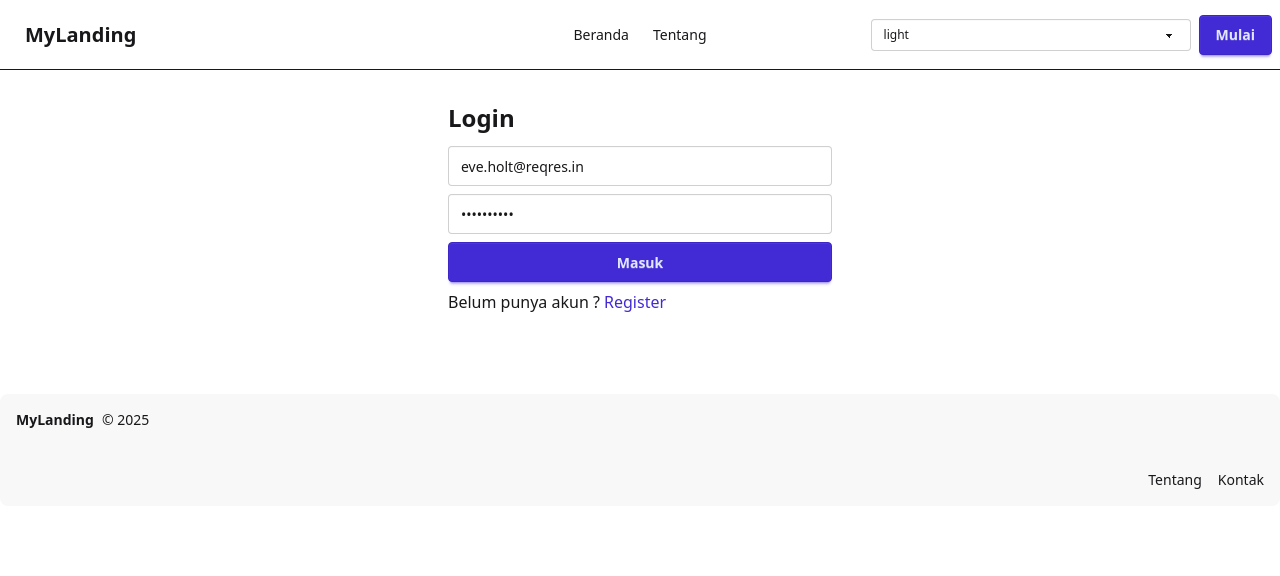
Repository: khulqu15/reactjs-learn
Page: /login (app in day3/)
The author's editor kept a copy of each file at every save. The page is drawn from the files as they stood at one save, then again after the next save.
The browser window is 1280 px wide. The pictures show the whole page.
The project was rebuilt for these pictures with package versions that can differ from the ones it lists, and the page was loaded fresh each time. Also part of the build but not shown: day3/vite.config.js, day3/src/components/Hero.jsx, day3/src/pages/Home.jsx, day3/src/pages/About.jsx, day3/src/routes/ProtectedRoute.jsx, day3/src/pages/Register.jsx, day3/src/pages/Weather.jsx.

Above is the page before, as saved 2025-09-25 00:19:38.

After the next save:
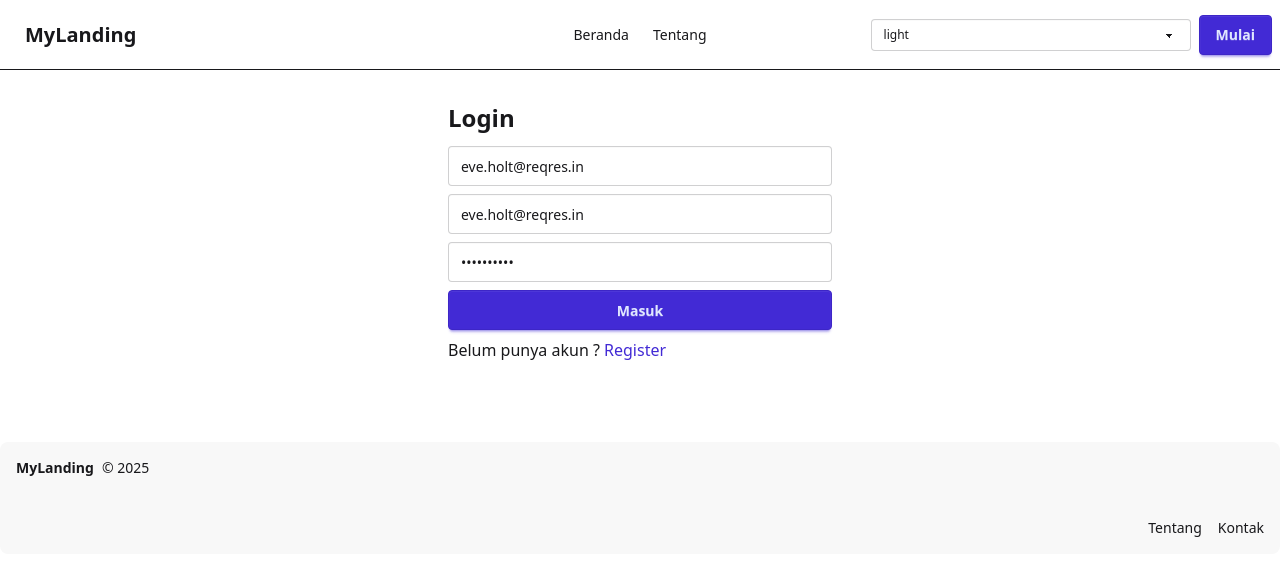
Saved 117 s later.
--- a/day3/src/pages/Login.jsx
+++ b/day3/src/pages/Login.jsx
@@ -4,6 +4,7 @@ import { useAuth } from "../context/AuthContext";
 import { useNavigate } from "react-router-dom";
 
 export default function Login() {
+  const [usermame, setUsername] = useState("eve.holt@reqres.in");
   const [email, setEmail] = useState("eve.holt@reqres.in");
   const [password, setPassword] = useState("cityslicka");
   const [loading, setLoading] = useState(false);
@@ -27,6 +28,8 @@ export default function Login() {
       <h1 className="text-2xl font-bold">Login</h1>
       <form onSubmit={onSubmit} className="space-y-2">
         <input className="input input-bordered w-full" placeholder="Email"
+               value={usermame} onChange={e=>setUsername(e.target.value)} />
+        <input className="input input-bordered w-full" placeholder="Email"
                value={email} onChange={e=>setEmail(e.target.value)} />
         <input className="input input-bordered w-full" placeholder="Password" type="password"
                value={password} onChange={e=>setPassword(e.target.value)} />
